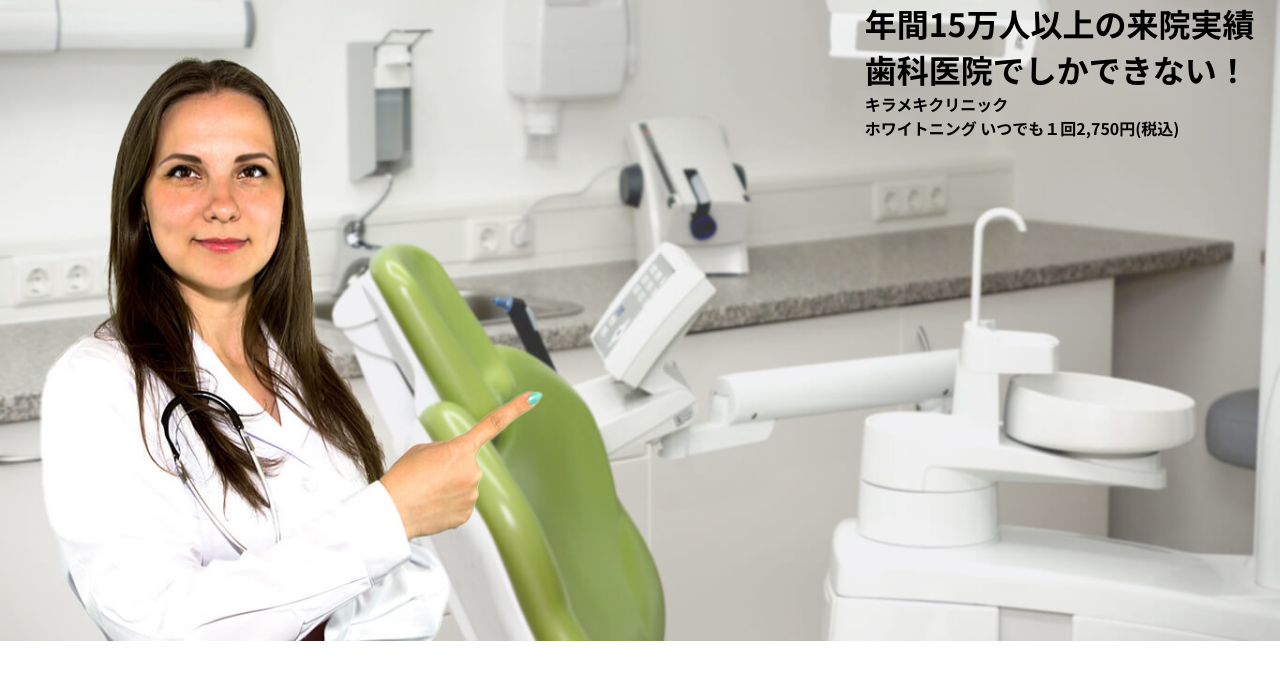
Repository: ryu-nuno/tech_academy_subwork
Page: first/index.html
The author's editor kept a record of every edit. The page is drawn from the files as they stood at one moment, then again after the next edit.
The browser window is 1280 px wide. The pictures show the whole page.
Some web libraries are served in a nearby version.

Above is the page before.

### first/index.html
<!DOCTYPE html>
<html lang="ja">

  <head>
    <title>first</title>
  <meta charset="utf-8">
  <meta name="description" content="kirameki clinic">
  <meta name="viewport" content="width=device-width, initial-scale=1">
  <meta property="og:site_name" content="キラメキクリニック｜歯科医院でホワイトニング" />
  <meta property="og:title" content="キラメキクリニック｜歯科医院でホワイトニング">
  <meta property="og:description" content="キラメキクリニックは、年間15万人以上の来院実績がある歯科医院です。有資格者によるプロの施術を1回2,750円〜で手軽にホワイトニングができます。ホワイトニングをしてみたい方はお問い合わせの上ぜひご来院ください！">
  <meta property="og:type" content="article">
  <meta property="og:url" content="https://demo.techacademy.jp/sidejob-selfstudy1/">
  <meta property="og:image" content="https://demo.techacademy.jp/sidejob-selfstudy1/images/main_pc.jpg">
  <meta property="og:locale" content="ja_JP">
  <link rel="stylesheet" href="assets/ress/ress.min.css">
  <link rel="stylesheet" href="css/style.css">
  <script src="https://kit.fontawesome.com/ab2670e4fc.js" crossorigin="anonymous"></script>
  </head>

  <body>
    <header>
      <div class="container">
        <div class="contents-width">
          <div class="wrapper">
          <h1>
          <span>年間15万人以上の来院実績</span><br>
          <span>歯科医院でしかできない！</span><br>
          </h1>
          <p>キラメキクリニック</p>
          <span>ホワイトニング</span>
          <span>いつでも１回2,750円(税込)</span>
          </div>
        </div>
      </div>
    </header>
  </body>

### first/assets/ress/ress.min.css
/*!
 * ress.css • v4.0.0
 * MIT License
 * github.com/filipelinhares/ress
 */html{box-sizing:border-box;-webkit-text-size-adjust:100%;word-break:normal;-moz-tab-size:4;tab-size:4}*,:after,:before{background-repeat:no-repeat;box-sizing:inherit}:after,:before{text-decoration:inherit;vertical-align:inherit}*{padding:0;margin:0}hr{overflow:visible;height:0;color:inherit}details,main{display:block}summary{display:list-item}small{font-size:80%}[hidden]{display:none}abbr[title]{border-bottom:none;text-decoration:underline;text-decoration:underline dotted}a{background-color:transparent}a:active,a:hover{outline-width:0}code,kbd,pre,samp{font-family:monospace,monospace}pre{font-size:1em}b,strong{font-weight:bolder}sub,sup{font-size:75%;line-height:0;position:relative;vertical-align:baseline}sub{bottom:-.25em}sup{top:-.5em}table{border-color:inherit;text-indent:0}input{border-radius:0}[disabled]{cursor:default}[type=number]::-webkit-inner-spin-button,[type=number]::-webkit-outer-spin-button{height:auto}[type=search]{-webkit-appearance:textfield;outline-offset:-2px}[type=search]::-webkit-search-decoration{-webkit-appearance:none}textarea{overflow:auto;resize:vertical}button,input,optgroup,select,textarea{font:inherit}optgroup{font-weight:700}button{overflow:visible}button,select{text-transform:none}[role=button],[type=button],[type=reset],[type=submit],button{cursor:pointer;color:inherit}[type=button]::-moz-focus-inner,[type=reset]::-moz-focus-inner,[type=submit]::-moz-focus-inner,button::-moz-focus-inner{border-style:none;padding:0}[type=button]::-moz-focus-inner,[type=reset]::-moz-focus-inner,[type=submit]::-moz-focus-inner,button:-moz-focusring{outline:1px dotted ButtonText}[type=reset],[type=submit],button,html [type=button]{-webkit-appearance:button}button,input,select,textarea{background-color:transparent;border-style:none}a:focus,button:focus,input:focus,select:focus,textarea:focus{outline-width:0}select{-moz-appearance:none;-webkit-appearance:none}select::-ms-expand{display:none}select::-ms-value{color:currentColor}legend{border:0;color:inherit;display:table;white-space:normal;max-width:100%}::-webkit-file-upload-button{-webkit-appearance:button;color:inherit;font:inherit}img{border-style:none}progress{vertical-align:baseline}[aria-busy=true]{cursor:progress}[aria-controls]{cursor:pointer}[aria-disabled=true]{cursor:default}

### first/css/style.css
@charset "UTF-8"; /* 文字コードの指定 */
@import url('https://fonts.googleapis.com/css2?family=Noto+Sans+JP:wght@400;700;900&display=swap');
@import url('https://fonts.googleapis.com/css2?family=Noto+Serif+JP:wght@400;700&display=swap');


body {
    font-family: 'Noto Sans JP',sans-serif;
    font-weight: 900;
    color: #000000;
}

header{
  background-image: url(../img/main_pc.jpg);
  height: 50.073vw;
  width: 100%;
  background-size: cover;

}

.container{

  padding: 0 1.6rem;

}

.contents-width{
  display: flex;
  justify-content: flex-end;
  height: 100%;
  align-items:center;
}

.wrapper{
  max-width: 55.5rem;
}

.wrapper span{
  display: inline-block;
}

After the next edit:
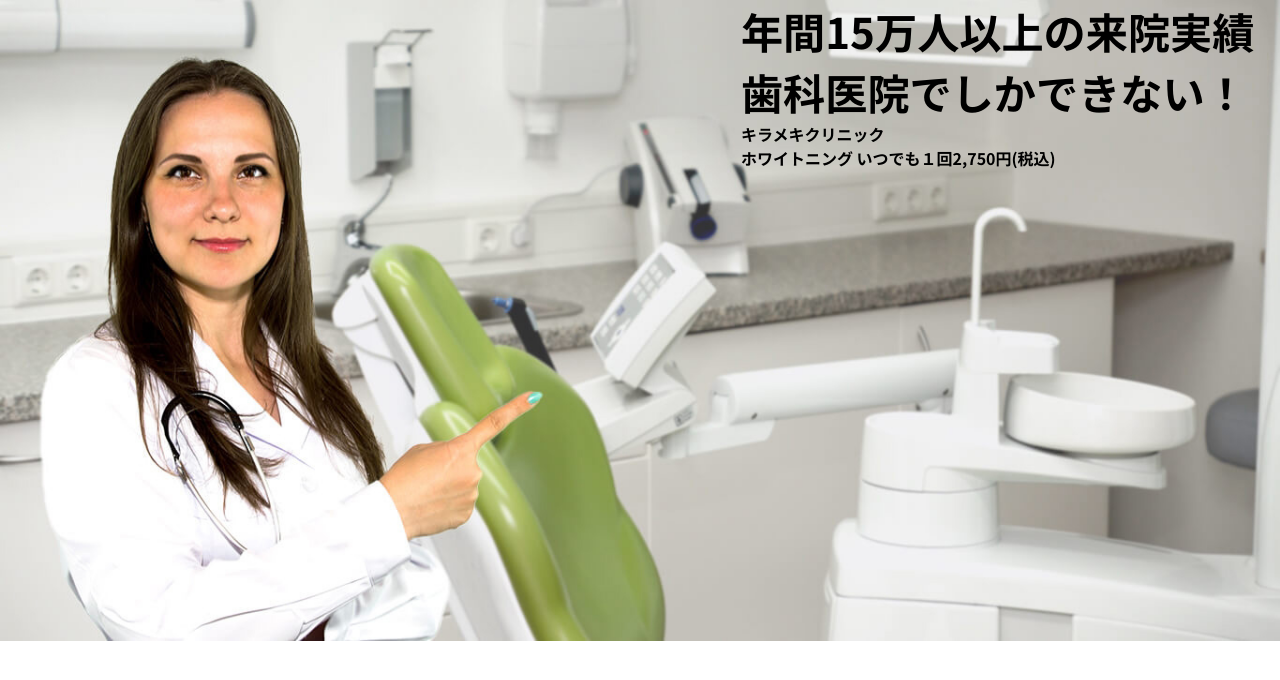
The edit:
--- a/first/css/style.css
+++ b/first/css/style.css
@@ -37,3 +37,7 @@
 .wrapper span{
   display: inline-block;
 }
+
+.wrapper h1{
+  font-size: 3.294vw;
+}
